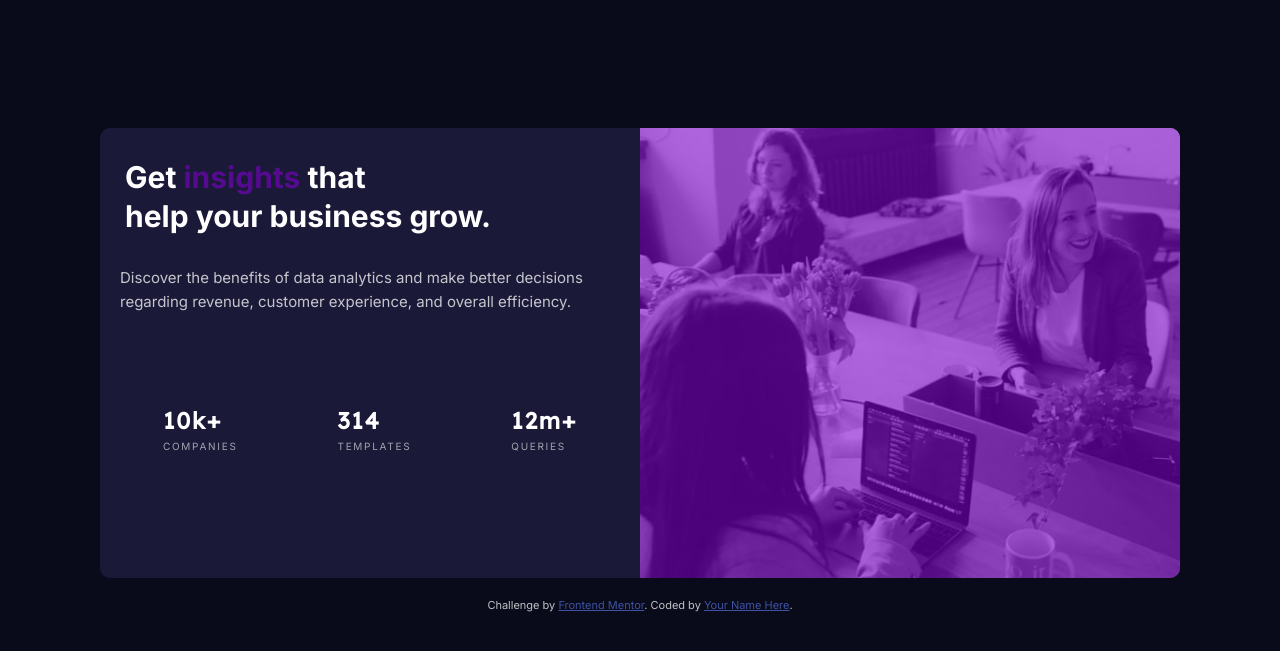
Repository: DejV44/stats-preview-card-component-main
Page: index.html
These files come from the project's save history. The page is drawn as it stood at one moment and after the next save; the edit follows.
The browser window is 1280 px wide. The pictures show the whole page.
The style sheet was rebuilt from its Sass, Less or Tailwind sources for each picture, by a compiler version that may differ from the author's.

Above is the page before, as saved 2021-07-09 23:46:50.

After the next save:
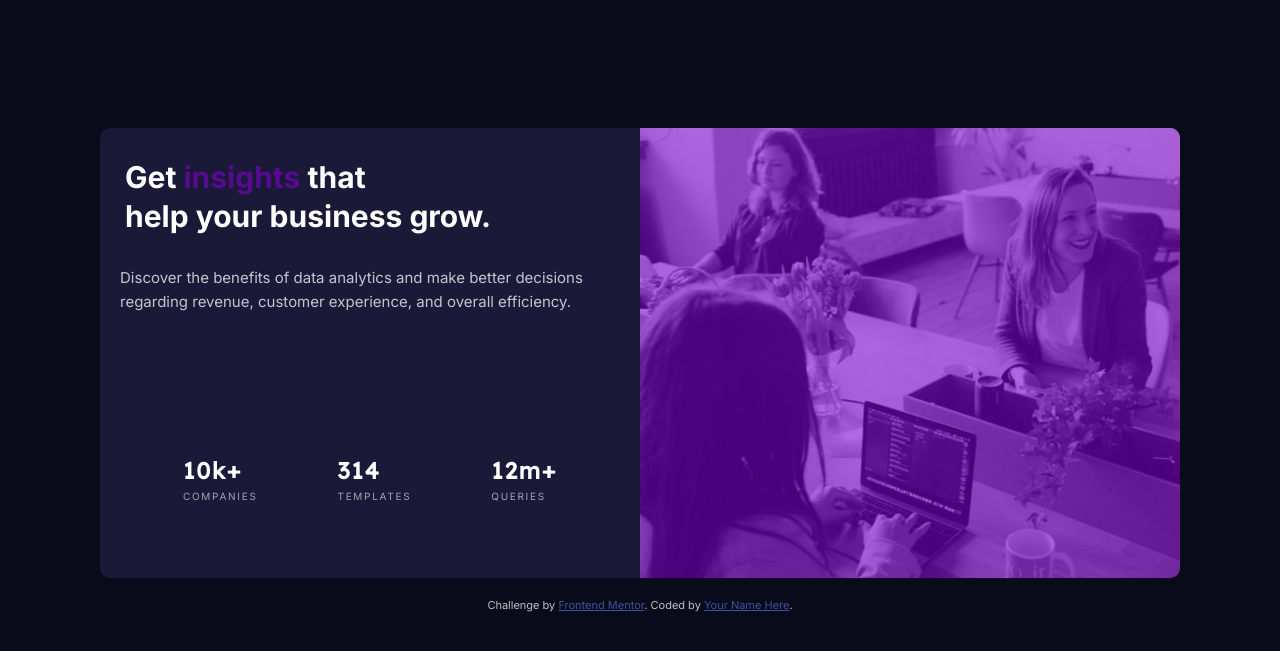
Saved 15 s later.
--- a/css/style.scss
+++ b/css/style.scss
@@ -150,7 +150,7 @@ body {
           text-align: left;
 
           li {
-            margin: 50px 50px 0 50px;
+            margin: 100px 40px 0 40px;
           }
         }
 
